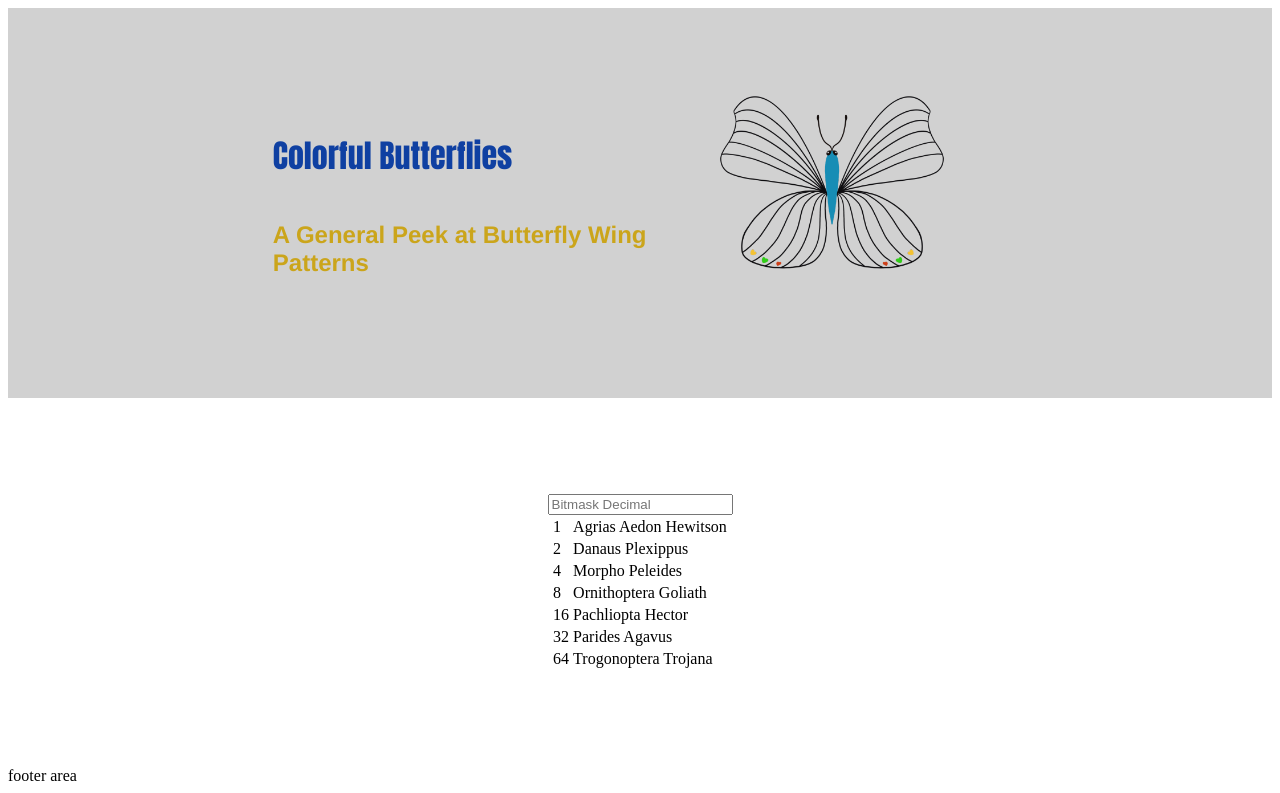
Repository: MeowCeline00/assessment-2
Page: /
These files come from the project's save history. The page is drawn as it stood at one moment and after a run of saves; the edit follows.
The browser window is 1280 px wide. The pictures show the whole page.
The project was rebuilt for these pictures with package versions that can differ from the ones it lists, and the page was loaded fresh each time. The framework's server and built-in components were replaced by stand-ins that run in the browser. Also part of the build but not shown: next.config.mjs.

Above is the page before, as saved 2024-02-07 22:18:46.

### pages/index.js
import Head from "next/head";
import { useState } from "react";
import styles from "@/styles/Home.module.css";
import Header from "@/Components/Header";


export default function Home() {

  // Butterfly Patterns
  const classFilters = {
    //key : value
    1: 'Agrias Aedon Hewitson',
    2: 'Danaus Plexippus',
    4: 'Morpho Peleides',
    8: 'Ornithoptera Goliath',
    16: 'Pachliopta Hector',
    32: 'Parides Agavus',
    64: 'Trogonoptera Trojana'
  }

  const [input, setInput] = useState();
                                    // 3
                                    // 2 & 2 Remainder 1
                                    // 1 & 1 Remainder 0
                                    // 9
                                    // 8 & 8 Remainder 1
                                    // 1 & 1 Remainder 0
  const getClassStyle = flagValue => (input & flagValue) > 0 ? {backgroundColor: 'yellow'} : null;

  return (
    <>
      <Head>
        <title>General View of Butterfly Wing Patterns</title>
        <meta name="description" content="General View of Butterfly Wing Patterns" />
        <meta name="viewport" content="width=device-width, initial-scale=1" />
        <link rel="icon" href="/butt_favicon.ico" />
      </Head>
      <Header />
      <main className={`${styles.main}`}>
       <input
       id="input"
       type="text"
       placeholder='Bitmask Decimal'
       value={input}
       onChange={event => setInput(event.target.value)}
       />
       <table>
        <tbody>
          {
            Object.keys(classFilters).map(item => (
              <tr key={item} style={getClassStyle(item)}>
                <td>{item}</td>
                <td>{classFilters[item]}</td>
              </tr>
            ))
          }
        </tbody>
       </table>
      </main>
      <footer>footer area</footer>
    </>
  );
}

### styles/globals.css
:root {
    --h1: rgb(15, 64, 162);
    --h2: rgb(203, 165, 27);
    --header-background: #d1d1d1;

}

### styles/Home.module.css
.main {
  display: flex;
  flex-direction: column;
  justify-content: space-between;
  align-items: center;
  padding: 6rem;
  min-height: 20vh;
}

### Components/Header/index.js
import Image from 'next/image';
import styles from './Header.module.css';

export default function Header() {
    return (
        <header className={styles.header}>
            <div className={styles.titleArea}>
                <h1> Colorful Butterflies</h1>
                <h2> A General Peek at Butterfly Wing Patterns</h2>
            </div>
            <div className={styles.logoArea}>
                <img src={"/logo.png"} alt="Butterfly Logo" width={350} />
            </div>
        </header>
    );
}

### Components/Header/Header.module.css
.header {
    display: flex;
    justify-content: space-between;
    align-items: center;
    padding: 20px;
    background-color: var(--header-background);
}

.titleArea {
    display: flex;
    flex-direction: column;
    padding-left: 20%;
}

.titleArea h1 {
    color: var(--h1);
    font-size: xx-large;
    font-family: Impact, Haettenschweiler, 'Arial Narrow Bold', sans-serif;
}

.titleArea h2 {
    color: var(--h2);
    font-family: 'Franklin Gothic Medium', 'Arial Narrow', Arial, sans-serif;
}

.logoArea {
  display: flex;
  padding-right: 20%;
}

### Components/Footer/index.js
import styles from './Footer.module.css'


export default function Footer() {

    return(
        <footer className={styles.footer}>
            © Created by Congling
        </footer>
    )
}

Loaded but not shown: pages/_app.js (common file); pages/_document.js (common file); Components/Footer/Footer.module.css (common file)

After the next 3 saves:
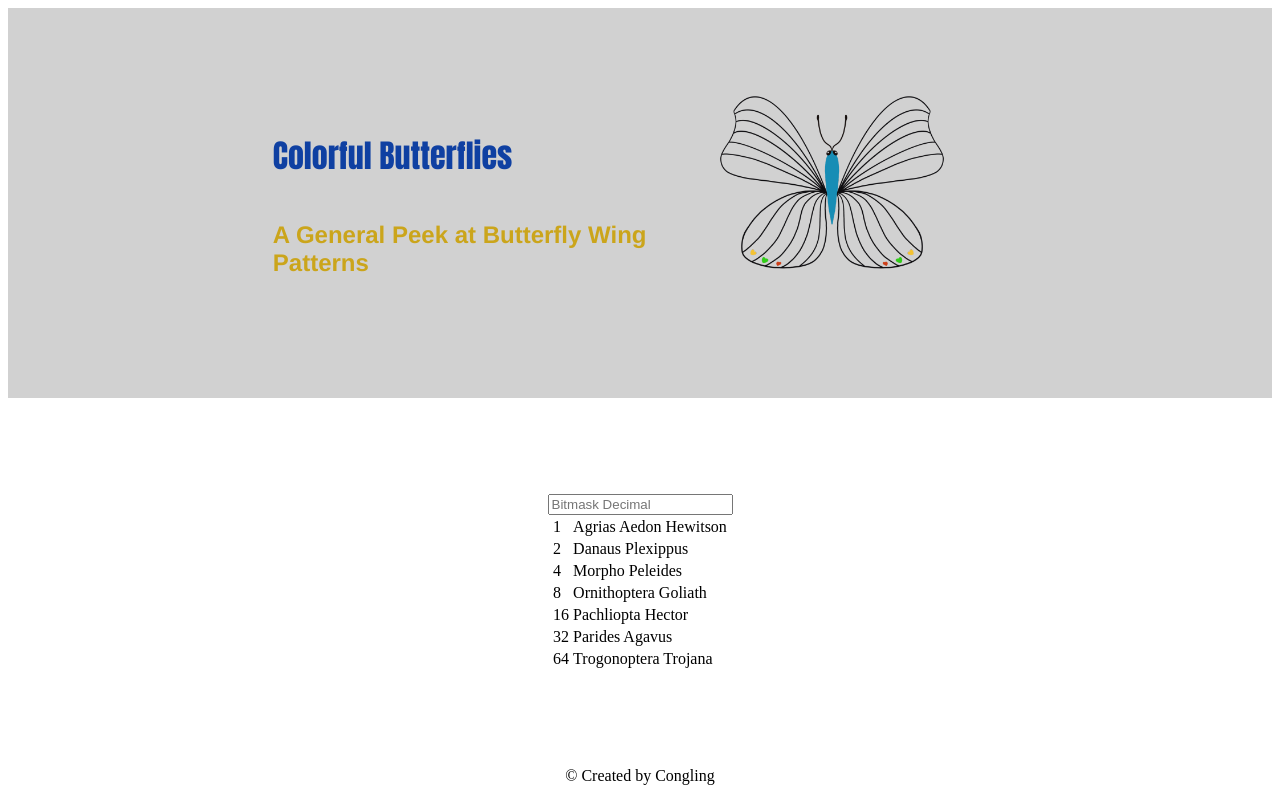
The 3 saves are shown as one change because 1 did not build or start and some came seconds apart.
The last was saved 23 s later.
--- a/pages/index.js
+++ b/pages/index.js
@@ -2,6 +2,7 @@ import Head from "next/head";
 import { useState } from "react";
 import styles from "@/styles/Home.module.css";
 import Header from "@/Components/Header";
+import Footer from "@/Components/Footer";
 
 
 export default function Home() {
@@ -57,7 +58,7 @@ export default function Home() {
         </tbody>
        </table>
       </main>
-      <footer>footer area</footer>
+      <Footer />
     </>
   );
 }
